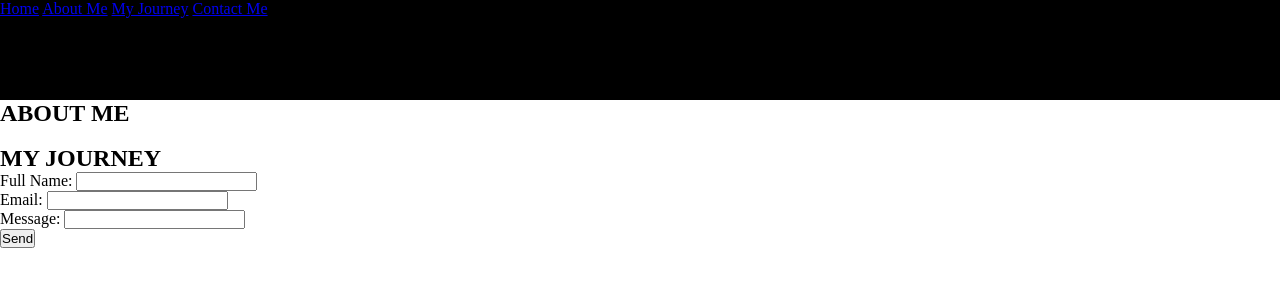
Repository: AyushMahatara/personal-website
Page: New folder/index.html
An editor plug-in stored every save of this project. The page is shown before and after the next save, followed by the edit.
The browser window is 1280 px wide. The pictures show the whole page.

Above is the page before, as saved 2023-07-19 22:28:53.

After the next save:
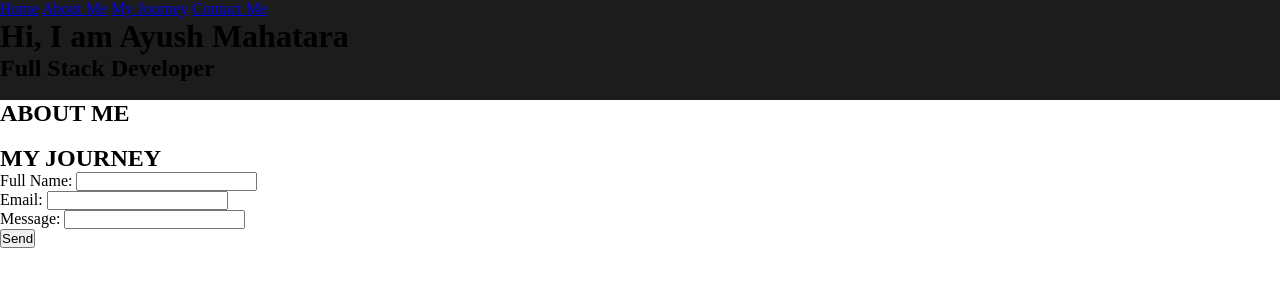
Saved 9 s later.
--- a/New folder/index.html
+++ b/New folder/index.html
@@ -12,7 +12,7 @@
       padding: 0;
     }
     .first {
-      background-color: black;
+      background-color: rgb(29, 28, 28);
     }
   </style>
   <body>
